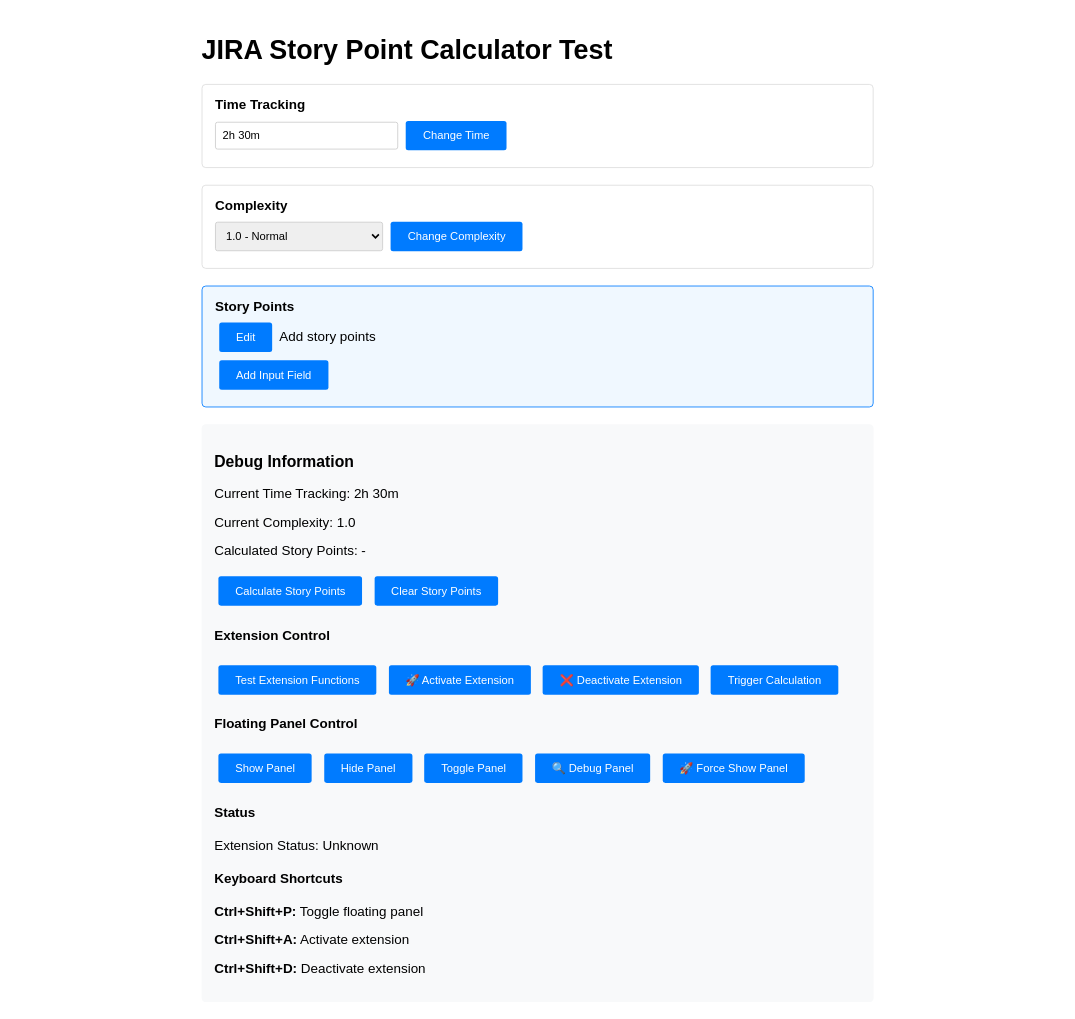
Repository: nirazanbasnet/jira-story-point-calculator
Page: test.html
An editor plug-in stored every save of this project. The page is shown before and after a run of saves, followed by the edit.
The browser window is 1280 px wide. The pictures show the whole page, at 84% of full size.

Above is the page before, as saved 2025-09-01 19:38:57.

### test.html
<!DOCTYPE html>
<html lang="en">

<head>
    <meta charset="UTF-8">
    <meta name="viewport" content="width=device-width, initial-scale=1.0">
    <title>JIRA Story Point Calculator Test</title>
    <style>
        body {
            font-family: Arial, sans-serif;
            max-width: 800px;
            margin: 0 auto;
            padding: 20px;
        }

        .field-group {
            margin: 20px 0;
            padding: 15px;
            border: 1px solid #ddd;
            border-radius: 5px;
        }

        .field-label {
            font-weight: bold;
            margin-bottom: 5px;
        }

        input,
        select {
            padding: 8px;
            border: 1px solid #ccc;
            border-radius: 3px;
            width: 200px;
        }

        .story-point-field {
            background-color: #f0f8ff;
            border-color: #007bff;
        }

        .debug-info {
            background-color: #f8f9fa;
            padding: 15px;
            border-radius: 5px;
            margin-top: 20px;
        }

        button {
            background-color: #007bff;
            color: white;
            padding: 10px 20px;
            border: none;
            border-radius: 3px;
            cursor: pointer;
            margin: 5px;
        }

        button:hover {
            background-color: #0056b3;
        }
    </style>
</head>

<body>
    <h1>JIRA Story Point Calculator Test</h1>

    <div class="field-group">
        <div class="field-label">Time Tracking</div>
        <input type="text" id="time-tracking" name="time-tracking" placeholder="e.g., 2h 30m" value="2h 30m">
        <button onclick="changeTimeTracking()">Change Time</button>
    </div>

    <div class="field-group">
        <div class="field-label">Complexity</div>
        <select id="complexity" name="complexity">
            <option value="0.1">0.1 - Very Simple</option>
            <option value="0.2">0.2 - Simple</option>
            <option value="0.3">0.3 - Basic</option>
            <option value="0.6">0.6 - Standard</option>
            <option value="1" selected>1.0 - Normal</option>
            <option value="1.5">1.5 - Complex</option>
            <option value="2">2.0 - Very Complex</option>
        </select>
        <button onclick="changeComplexity()">Change Complexity</button>
    </div>

    <div class="field-group story-point-field">
        <div class="field-label">Story Points</div>
        <div data-testid="issue-field-number.ui.issue-field-story-point-estimate--container">
            <div data-testid="issue-field-inline-edit-read-view-container.ui.container" role="presentation">
                <button aria-label="Edit Story Points" type="button">Edit</button>
                <span data-testid="issue-field-story-point-estimate-readview-full.ui.story-point-estimate">
                    <span>Add story points</span>
                </span>
            </div>
        </div>
        <button onclick="addInputField()">Add Input Field</button>
    </div>

    <div class="debug-info">
        <h3>Debug Information</h3>
        <p>Current Time Tracking: <span id="current-time">2h 30m</span></p>
        <p>Current Complexity: <span id="current-complexity">1.0</span></p>
        <p>Calculated Story Points: <span id="calculated-points">-</span></p>
        <button onclick="calculateStoryPoints()">Calculate Story Points</button>
        <button onclick="clearStoryPoints()">Clear Story Points</button>

        <h4>Extension Control</h4>
        <button onclick="testExtensionFunctions()">Test Extension Functions</button>
        <button onclick="activateExtension()">🚀 Activate Extension</button>
        <button onclick="deactivateExtension()">❌ Deactivate Extension</button>
        <button onclick="triggerCalculation()">Trigger Calculation</button>

        <h4>Floating Panel Control</h4>
        <button onclick="showPanel()">Show Panel</button>
        <button onclick="hidePanel()">Hide Panel</button>
        <button onclick="togglePanel()">Toggle Panel</button>
        <button onclick="debugPanel()">🔍 Debug Panel</button>
        <button onclick="forceShowPanel()">🚀 Force Show Panel</button>

        <h4>Status</h4>
        <p id="extension-status">Extension Status: Unknown</p>

        <h4>Keyboard Shortcuts</h4>
        <p><strong>Ctrl+Shift+P:</strong> Toggle floating panel</p>
        <p><strong>Ctrl+Shift+A:</strong> Activate extension</p>
        <p><strong>Ctrl+Shift+D:</strong> Deactivate extension</p>
    </div>

    <script>
        function changeTimeTracking() {
            const timeInput = document.getElementById('time-tracking');
            const times = ['1h', '45m', '2h 15m', '3h 30m', '1.5h'];
            const randomTime = times[Math.floor(Math.random() * times.length)];
            timeInput.value = randomTime;
            timeInput.dispatchEvent(new Event('input', { bubbles: true }));
            timeInput.dispatchEvent(new Event('change', { bubbles: true }));
            document.getElementById('current-time').textContent = randomTime;
        }

        function changeComplexity() {
            const complexitySelect = document.getElementById('complexity');
            const complexities = [0.1, 0.2, 0.3, 0.6, 1, 1.5, 2];
            const randomComplexity = complexities[Math.floor(Math.random() * complexities.length)];
            complexitySelect.value = randomComplexity;
            complexitySelect.dispatchEvent(new Event('change', { bubbles: true }));
            document.getElementById('current-complexity').textContent = randomComplexity;
        }

        function addInputField() {
            const container = document.querySelector('[data-testid="issue-field-number.ui.issue-field-story-point-estimate--container"]');
            const existingInput = container.querySelector('input');

            if (!existingInput) {
                const input = document.createElement('input');
                input.type = 'number';
                input.step = '0.1';
                input.placeholder = 'Story points';
                input.style.width = '100px';
                input.style.marginLeft = '10px';
                container.appendChild(input);
            }
        }

        function calculateStoryPoints() {
            const timeTracking = document.getElementById('time-tracking').value;
            const complexity = parseFloat(document.getElementById('complexity').value);

            // Simple time parsing for demo
            let hours = 0;
            if (timeTracking.includes('h')) {
                if (timeTracking.includes('m')) {
                    const parts = timeTracking.split(' ');
                    hours = parseFloat(parts[0]) + (parseFloat(parts[1]) / 60);
                } else {
                    hours = parseFloat(timeTracking);
                }
            } else if (timeTracking.includes('m')) {
                hours = parseFloat(timeTracking) / 60;
            } else {
                hours = parseFloat(timeTracking);
            }

            const storyPoints = Math.round((hours * complexity) * 100) / 100;
            document.getElementById('calculated-points').textContent = storyPoints;

            // Update the story point field if it exists
            const input = document.querySelector('[data-testid="issue-field-number.ui.issue-field-story-point-estimate--container"] input');
            if (input) {
                input.value = storyPoints;
                input.dispatchEvent(new Event('input', { bubbles: true }));
                input.dispatchEvent(new Event('change', { bubbles: true }));
            }
        }

        function clearStoryPoints() {
            document.getElementById('calculated-points').textContent = '-';
            const input = document.querySelector('[data-testid="issue-field-number.ui.issue-field-story-point-estimate--container"] input');
            if (input) {
                input.value = '';
                input.dispatchEvent(new Event('input', { bubbles: true }));
                input.dispatchEvent(new Event('change', { bubbles: true }));
            }
        }

        // Simulate JIRA field changes
        setInterval(() => {
            if (Math.random() > 0.7) {
                changeTimeTracking();
            }
        }, 5000);

        setInterval(() => {
            if (Math.random() > 0.8) {
                changeComplexity();
            }
        }, 7000);

        // Extension testing functions
        function testExtensionFunctions() {
            console.log('Testing extension functions...');

            if (window.jiraStoryPointCalculator) {
                console.log('✅ Extension loaded successfully');
                console.log('Extension object:', window.jiraStoryPointCalculator);
            } else {
                console.log('❌ Extension not loaded');
            }

            if (window.triggerStoryPointCalculation) {
                console.log('✅ triggerStoryPointCalculation function available');
            } else {
                console.log('❌ triggerStoryPointCalculation function not available');
            }

            if (window.toggleStoryPointPanel) {
                console.log('✅ toggleStoryPointPanel function available');
            } else {
                console.log('❌ toggleStoryPointPanel function not available');
            }
        }

        function activateExtension() {
            if (window.activateStoryPointCalculator) {
                const result = window.activateStoryPointCalculator();
                document.getElementById('extension-status').textContent = `Extension Status: Activated (Result: ${result})`;
                console.log('Activate extension result:', result);
            } else {
                console.log('❌ activateStoryPointCalculator function not available');
            }
        }

        function deactivateExtension() {
            if (window.deactivateStoryPointCalculator) {
                const result = window.deactivateStoryPointCalculator();
                document.getElementById('extension-status').textContent = `Extension Status: Deactivated (Result: ${result})`;
                console.log('Deactivate extension result:', result);
            } else {
                console.log('❌ deactivateStoryPointCalculator function not available');
            }
        }

        function triggerCalculation() {
            if (window.triggerStoryPointCalculation) {
                const result = window.triggerStoryPointCalculation();
                console.log('Trigger calculation result:', result);
            } else {
                console.log('❌ triggerStoryPointCalculation function not available');
            }
        }

        // Panel control functions
        function showPanel() {
            if (window.showStoryPointPanel) {
                const result = window.showStoryPointPanel();
                console.log('Show panel result:', result);
            } else {
                console.log('❌ showStoryPointPanel function not available');
            }
        }

        function hidePanel() {
            if (window.hideStoryPointPanel) {
                const result = window.hideStoryPointPanel();
                console.log('Hide panel result:', result);
            } else {
                console.log('❌ hideStoryPointPanel function not available');
            }
        }

        function togglePanel() {
            if (window.toggleStoryPointPanel) {
                const result = window.toggleStoryPointPanel();
                console.log('Toggle panel result:', result);
            } else {
                console.log('❌ toggleStoryPointPanel function not available');
            }
        }

        function debugPanel() {
            if (window.debugStoryPointPanel) {
                const result = window.debugStoryPointPanel();
                console.log('Debug panel result:', result);
            } else {
                console.log('❌ debugStoryPointPanel function not available');
            }
        }

        function forceShowPanel() {
            if (window.forceShowStoryPointPanel) {
                const result = window.forceShowStoryPointPanel();
                console.log('Force show panel result:', result);
            } else {
                console.log('❌ forceShowStoryPointPanel function not available');
            }
        }
    </script>
</body>

</html>

After the next 2 saves:
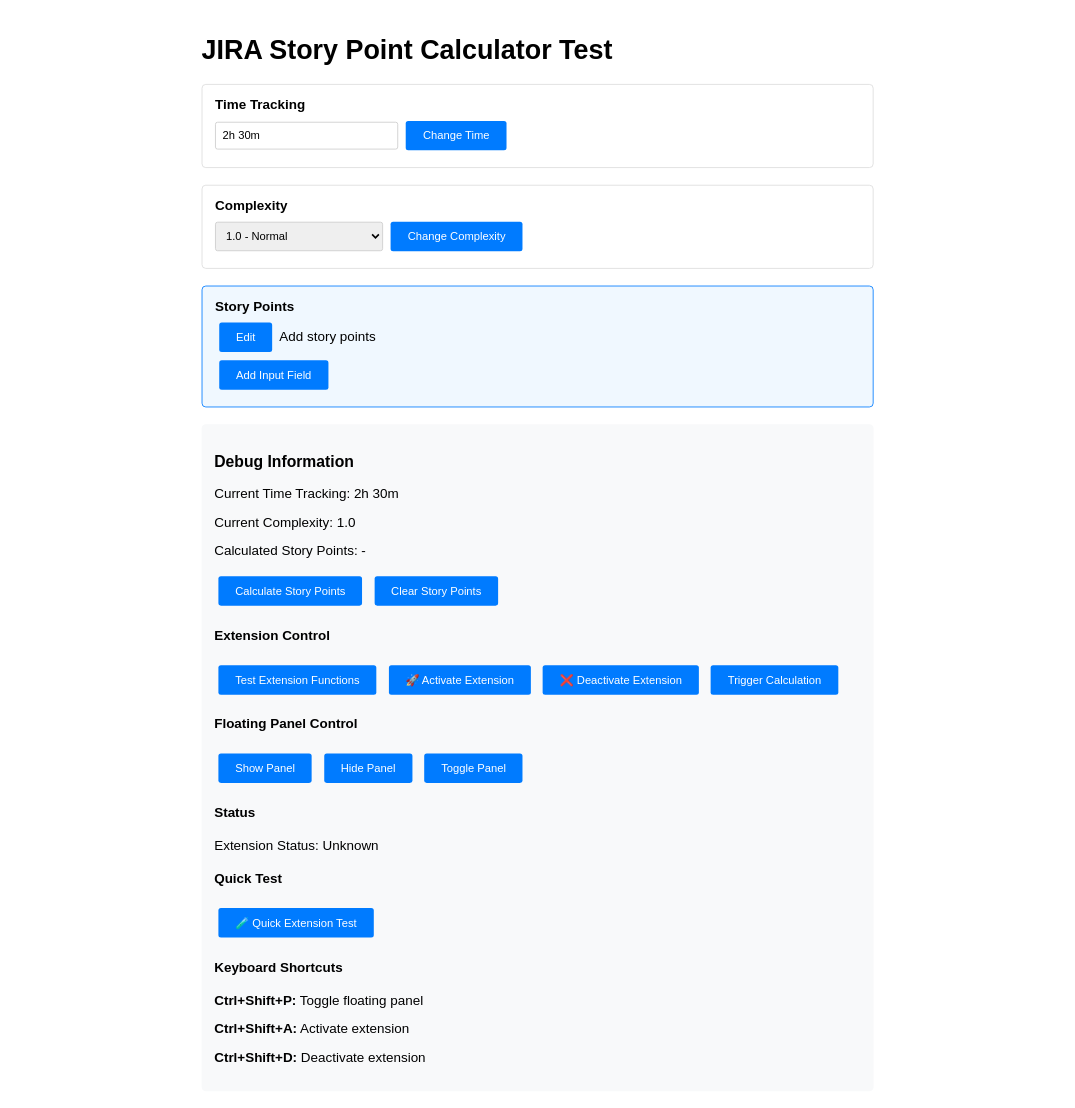
The 2 saves are shown as one change because they came seconds apart.
The last was saved 15 s later.
--- a/test.html
+++ b/test.html
@@ -115,11 +115,16 @@
         <button onclick="showPanel()">Show Panel</button>
         <button onclick="hidePanel()">Hide Panel</button>
         <button onclick="togglePanel()">Toggle Panel</button>
-        <button onclick="debugPanel()">🔍 Debug Panel</button>
-        <button onclick="forceShowPanel()">🚀 Force Show Panel</button>
 
         <h4>Status</h4>
         <p id="extension-status">Extension Status: Unknown</p>
+
+        <h4>Quick Test</h4>
+        <button onclick="quickTest()">🧪 Quick Extension Test</button>
+        <div id="quick-test-results" style="margin-top: 10px; padding: 10px; background: #f8f9fa; border-radius: 5px; display: none;">
+            <h5>Test Results:</h5>
+            <div id="test-results-content"></div>
+        </div>
 
         <h4>Keyboard Shortcuts</h4>
         <p><strong>Ctrl+Shift+P:</strong> Toggle floating panel</p>
@@ -296,24 +301,6 @@
                 console.log('❌ toggleStoryPointPanel function not available');
             }
         }
-
-        function debugPanel() {
-            if (window.debugStoryPointPanel) {
-                const result = window.debugStoryPointPanel();
-                console.log('Debug panel result:', result);
-            } else {
-                console.log('❌ debugStoryPointPanel function not available');
-            }
-        }
-
-        function forceShowPanel() {
-            if (window.forceShowStoryPointPanel) {
-                const result = window.forceShowStoryPointPanel();
-                console.log('Force show panel result:', result);
-            } else {
-                console.log('❌ forceShowStoryPointPanel function not available');
-            }
-        }
     </script>
 </body>
 
